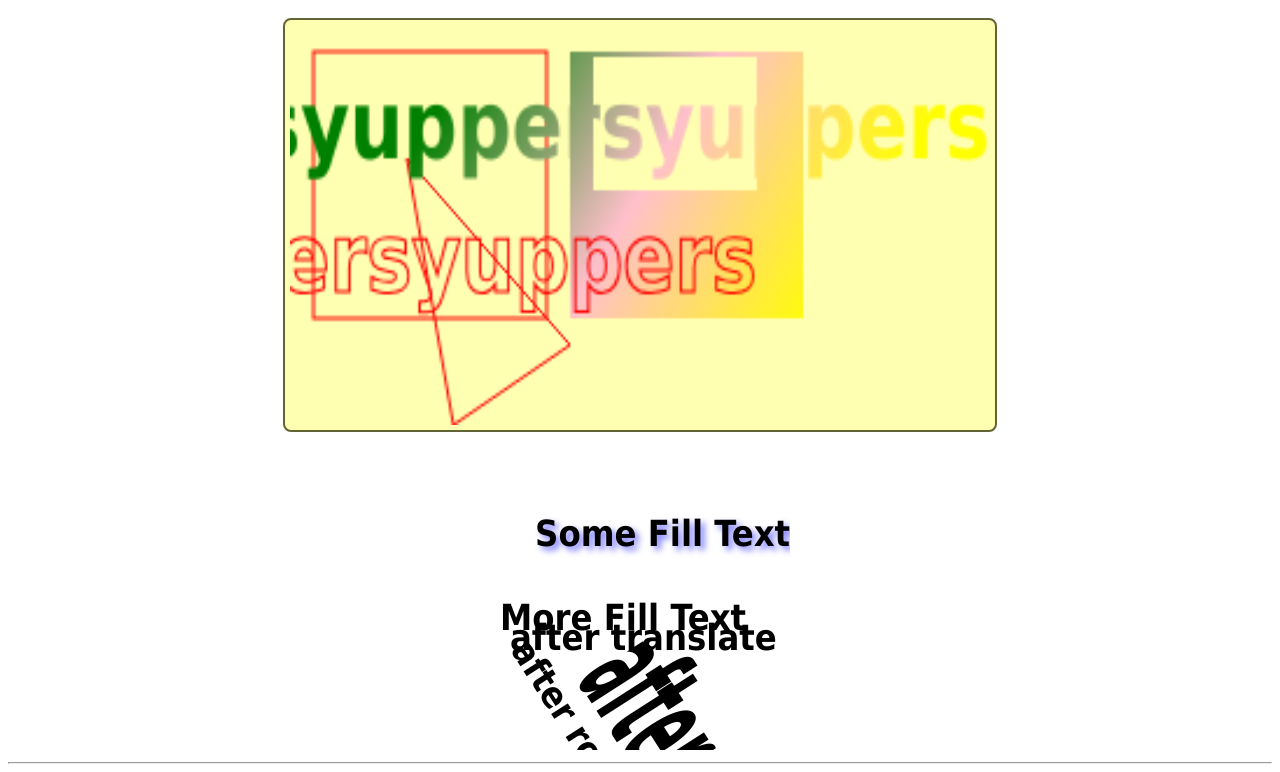
Repository: jksfoTemp/HTML5
Page: default.12.html
The author's editor kept a record of every edit. The page is drawn from the files as they stood at one moment, then again after the next edit.
The browser window is 1280 px wide. The pictures show the whole page.

Above is the page before.
Console error: TypeError: Cannot read properties of null (reading 'getContext')

### default.12.html
<!doctype html>
<html lang="en">
<head>
    <meta charset="utf-8" />
    <title>Default 12, Canvas, gradients, shapes, text, shadows;
    Transformations - translate, rotate, scale; session 36-40; 4:55:54</title>
    <link rel="stylesheet" href="css/default.12.css" />
    <script type="text/javascript" src="js/default.12.js"></script>
</head>

<body>
    <div id="big_wrapper">
        <section id="main">
            <canvas id="canvas1" >
                Hopefully you don't see this but if you do
                please use <a href = "https://www.google.com/intl/en-US/chrome/browser/">Google Chrome </a>
            </canvas>
            <br />
            <canvas id="canvas2" >
                Hopefully you don't see this but if you do
                please use <a href = "https://www.google.com/intl/en-US/chrome/browser/">Google Chrome </a>
            </canvas>
            <br />
            <canvas id="canvas3" >
                Hopefully you don't see this but if you do
                please use <a href = "https://www.google.com/intl/en-US/chrome/browser/">Google Chrome </a>
            </canvas>
        </section>
        <hr />
    </div>
</body>

</html>

### css/default.12.css
body {
    text-align: center;
}

header, section, footer, aside, nav, article, hgroup {
    display: block;
}

#canvas1 {
    width: 700px;
    height: 400px;
    margin: 10px auto;
    padding: 5px;
    background: #FFFFB2;
    border: 2px solid #636434;
    border-radius: 8px;
}

### js/default.12.js

// console.log('in js file');

// Using the IIFE pattern to avoid polluting the global scope
( function () {

    function doFirst(){ // canvas1
        // Note that the order in which these occur is important
        // Drawing and gradients
        var obj = document.getElementById('canvas1');
        var canvas1 = obj.getContext('2d');
        var g = canvas1.createLinearGradient (50, 50, 200, 150);
        g.addColorStop(0.0, 'green');
        g.addColorStop(0.5, 'pink');
        g.addColorStop(1, 'yellow');

        canvas1.fillStyle= g; // gradient
        // canvas1.fillStyle='blue'; // fill
        canvas1.strokeStyle='red'; // outline

        canvas1.strokeRect(10, 10, 100, 100);
        canvas1.fillRect(120, 10, 100, 100);
        canvas1.clearRect(130, 12, 70, 50);

        canvas1.beginPath();
        canvas1.moveTo(50, 50); // Starting point
        canvas1.lineTo(70, 150); // draw
        canvas1.lineTo(120, 120); // draw
        canvas1.closePath();
        canvas1.stroke(); // actually draw it

        canvas1.font="bold 36px Tahoma";
        canvas1.textAlign="end";
        canvas1.fillText("yuppersyuppersyuppers", 300, 50);
        canvas1.strokeText("yuppersyuppersyuppers", 200, 100);
    }

    function doSecond (){ // canvas2
        // Text and Shadows
        var obj = document.getElementById('canvas2');
        var canvas2 = obj.getContext('2d');

        canvas2.shadowOffsetX = 4;
        canvas2.shadowOffsetY = 4;
        canvas2.shadowBlur = 6;
        // canvas2.shadowColor = 'blue';
        canvas2.shadowColor = 'rgba(0, 0, 255, .5)';

        canvas2.font = "bold 36px Tahoma";
        canvas2.textAlign = "end";
        canvas2.fillText("Some Fill Text", 300, 100)
    }

    function doThird (){ // canvas3
        // Transformations - translate, rotate, scale
        var obj = document.getElementById('canvas3');
        var canvas3 = obj.getContext('2d');

        canvas3.font = "bold 36px Tahoma";
        canvas3.textAlign = "start";
        canvas3.fillText("More Fill Text", 10, 30)

        canvas3.translate(20, 50);
        canvas3.fillText("after translate", 0, 0)

        canvas3.rotate(1); // in radians 1 radian ~= 57.3 degrees
        canvas3.fillText("after rotate", 0, 0)

        canvas3.scale (1.5, 4);
        canvas3.fillText("after scale", 40, -10)
    }

    function doFourth (){ // canvas4
        // Transformations - translate, rotate, scale
        var obj = document.getElementById('canvas4');
        var canvas4 = obj.getContext('2d');

        canvas4.font = "bold 22px Tahoma";
        canvas4.textAlign = "start";

        canvas4.save();

        canvas4.fillText("After initial save", 10, 30)

        canvas4.rotate(1);
        canvas4.fillText("After rotation", 60, 10)

    }

    window.addEventListener ('load', doFirst, false);
    window.addEventListener ('load', doSecond, false);
    window.addEventListener ('load', doThird, false);
    window.addEventListener ('load', doFourth, false);
})();

After the next edit:
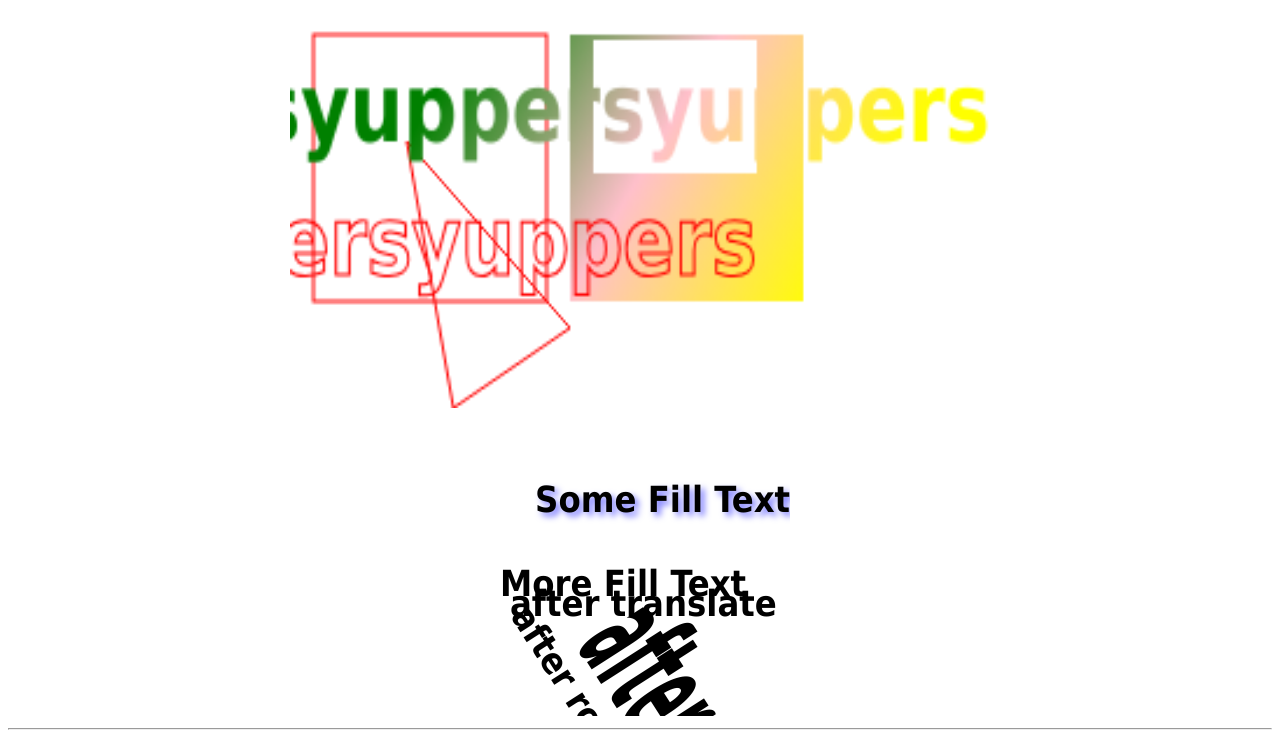
The edit:
--- a/css/default.12.css
+++ b/css/default.12.css
@@ -9,9 +9,4 @@
 #canvas1 {
     width: 700px;
     height: 400px;
-    margin: 10px auto;
-    padding: 5px;
-    background: #FFFFB2;
-    border: 2px solid #636434;
-    border-radius: 8px;
 }
